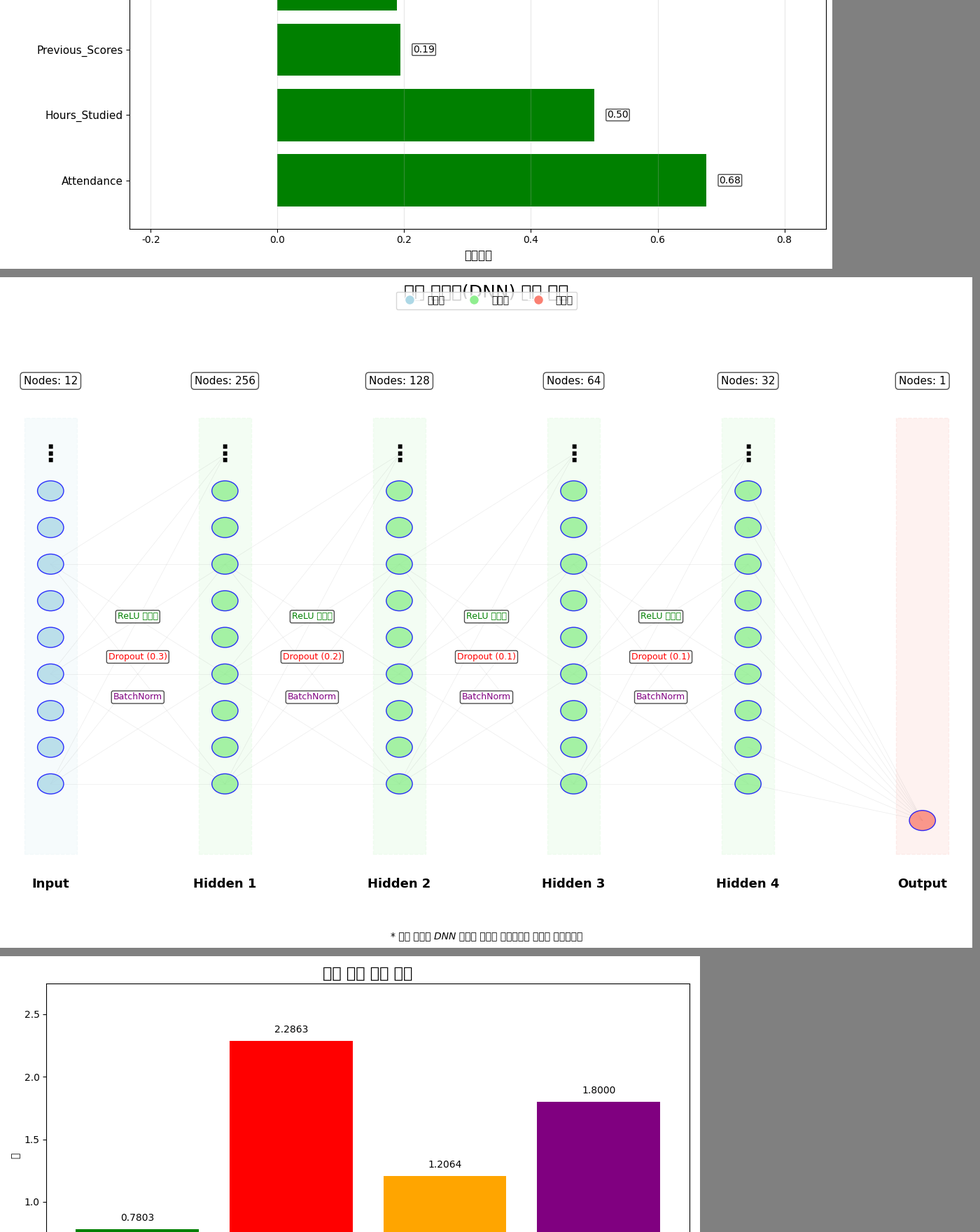
Repository: dldnwls07/BigDataStudy
Script's output: python src/visualization/create_presentation_visuals_fixed.py
An editor plug-in stored every save of this project. The script's output is shown before and after the next save, followed by the edit.
The pictures show rows 1991 to 3751 of an output 5371 px tall, at 70% of full size.
Each picture stacks the figures in order, with grey between them; figures that are only written to a file come last. Figures wider than 1,400 px are first shrunk to that width. Random numbers start from a fixed seed.

Above is the script's output before, as saved 2025-06-20 00:14:31.

After the next save:
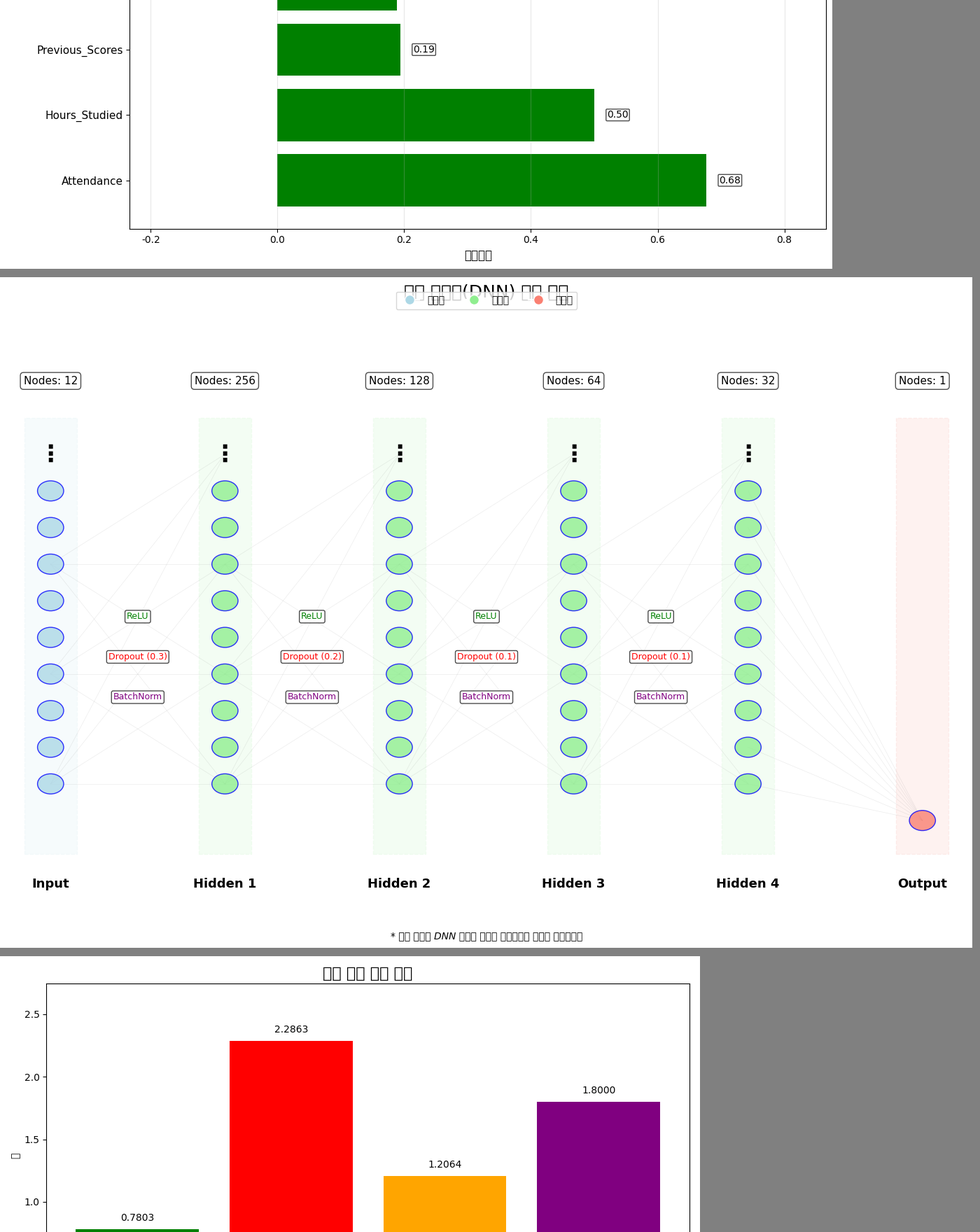
Saved 23 s later.
--- a/src/visualization/create_presentation_visuals_fixed.py
+++ b/src/visualization/create_presentation_visuals_fixed.py
@@ -383,11 +383,10 @@ def create_neural_network_architecture(output_path):
                         # 모든 연결을 그리면 복잡해지므로 일부만 그림
                         if (j % 3 == 0 and k % 3 == 0) or (i == len(layers) - 1) or (nodes_to_draw <= 3):
                             ax.plot([prev_x, x], [prev_y, y], 'gray', alpha=0.15, linewidth=0.5, zorder=1)
-
-            # 활성화 함수와 Dropout 표시 (별도의 텍스트 박스로)
+              # 활성화 함수와 Dropout 표시 (별도의 텍스트 박스로) - 영어로 표시
             if 0 < i < len(layers) - 1:
                 params = [
-                    {'text': 'ReLU 활성화', 'color': 'green', 'y_offset': 0},
+                    {'text': 'ReLU', 'color': 'green', 'y_offset': 0},
                     {'text': f'Dropout ({0.3 if i==1 else 0.2 if i==2 else 0.1})', 'color': 'red', 'y_offset': -1.2},
                     {'text': 'BatchNorm', 'color': 'purple', 'y_offset': -2.4}
                 ]
